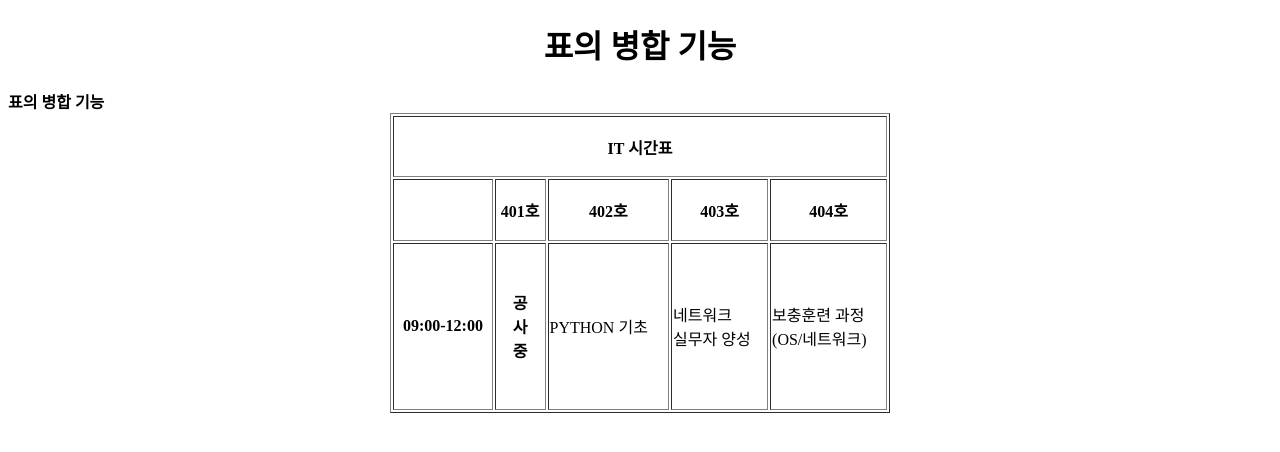
Repository: hui-Joo/html
Page: html/quiz.html
These files come from the project's save history. The page is drawn as it stood at one moment and after the next save; the edit follows.
The browser window is 1280 px wide. The pictures show the whole page.

Above is the page before, as saved 2021-10-04 06:04:53.

### html/quiz.html
<!DOCTYPE html>
<html>
<head>
<meta charset="UTF-8">
<title>Insert title here</title>
</head>
<body>


<h1 align="center">표의 병합 기능</h1>

<table border="1" align="center" height="300" width="500">
	<captoin><b align="center">표의 병합 기능</b></captoin>
	<tr>
	<th colspan="5">IT 시간표</th>
	</tr>
	<tr>
	<th></th> <th>401호</th><th>402호</th><th>403호</th><th>404호</th>
	</tr>
	<tr>
	<th>09:00-12:00</th><th rowspan="4">공<br>사<br>중<br></th><td>PYTHON 기초</td><td rowspan="2">네트워크<br>실무자 양성</td><td>보충훈련 과정<br>(OS/네트워크)</td>
	</tr>


</table>
</body>
</html>

After the next save:
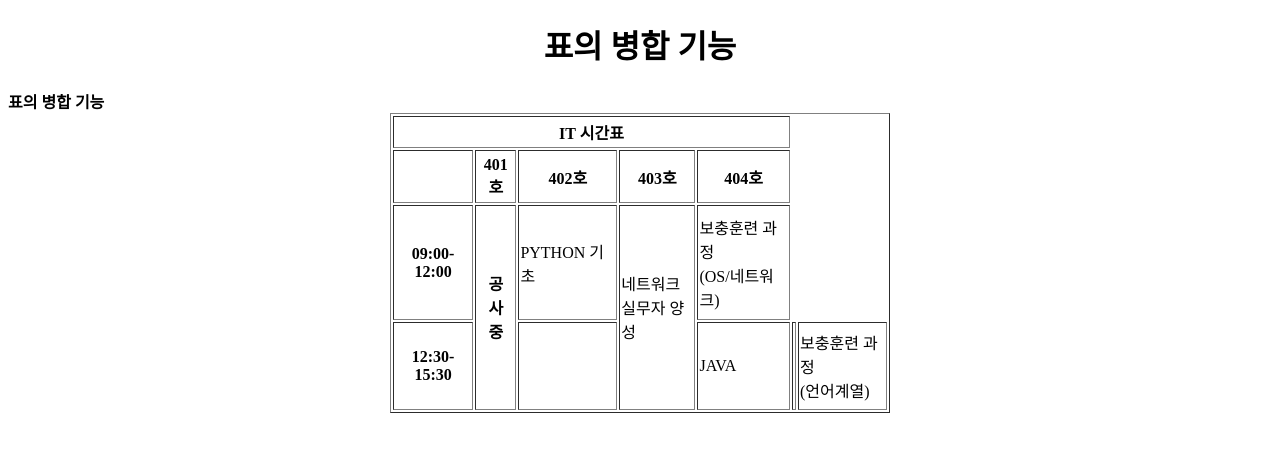
Saved 98 s later.
--- a/html/quiz.html
+++ b/html/quiz.html
@@ -21,6 +21,11 @@
 	<th>09:00-12:00</th><th rowspan="4">공<br>사<br>중<br></th><td>PYTHON 기초</td><td rowspan="2">네트워크<br>실무자 양성</td><td>보충훈련 과정<br>(OS/네트워크)</td>
 	</tr>
 
+	<tr>
+	<th>12:30-15:30</th><th></th><td>JAVA</td><td></td><td>보충훈련 과정<br>(언어계열)</td>
+	</tr>
+
+
 
 </table>
 </body>
